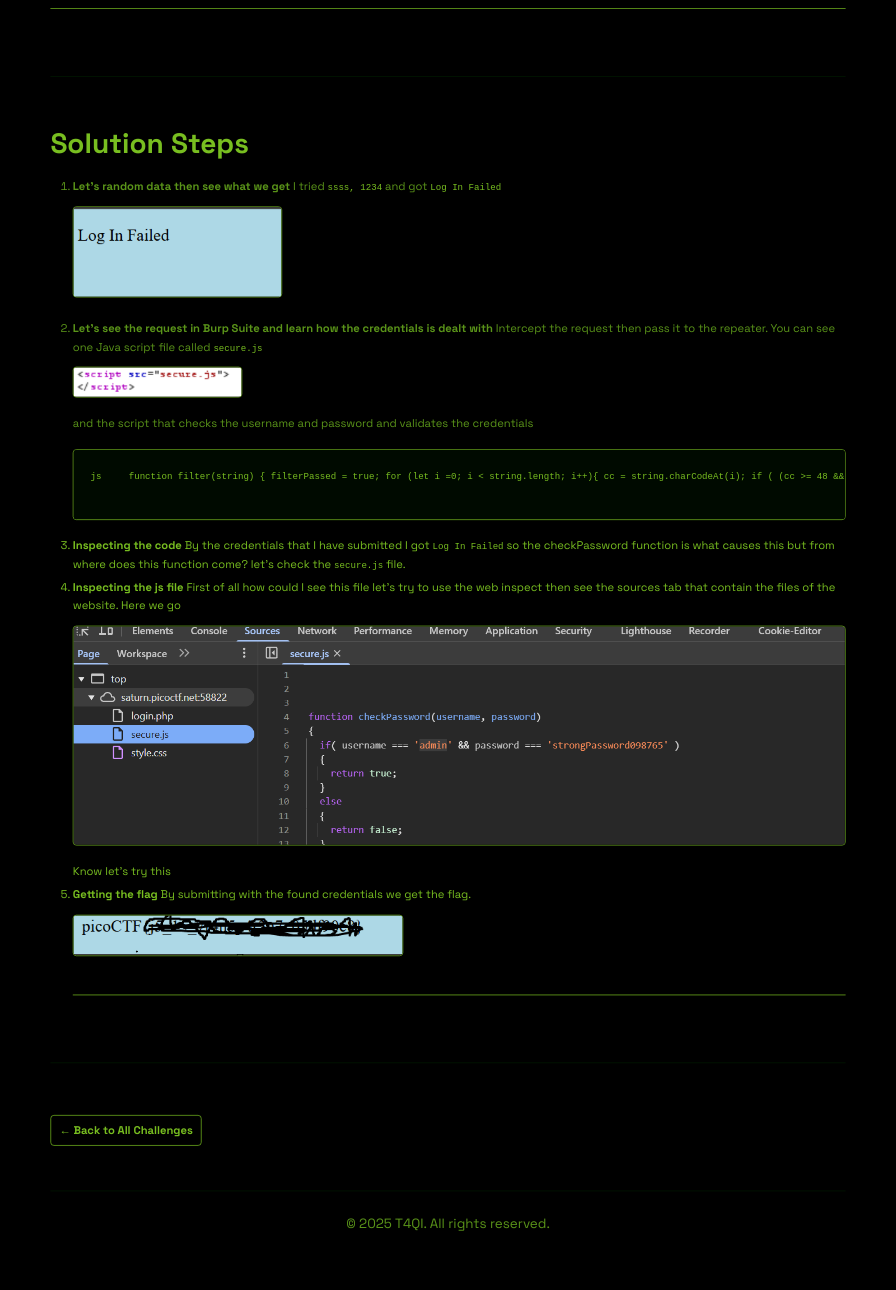
Repository: mohamedsoliman-tq/Website
Page: blogs/picoCTF/localauth.html
An editor plug-in stored every save of this project. The page is shown before and after a run of saves, followed by the edit.
The browser window is 1280 px wide. The pictures show the part of the page from y = 1397 to 3317 px (the page is 3240 px tall before and 3317 px after), at 70% of full size.

Above is the page before, as saved 2025-03-13 01:54:08.

After the next 8 saves:
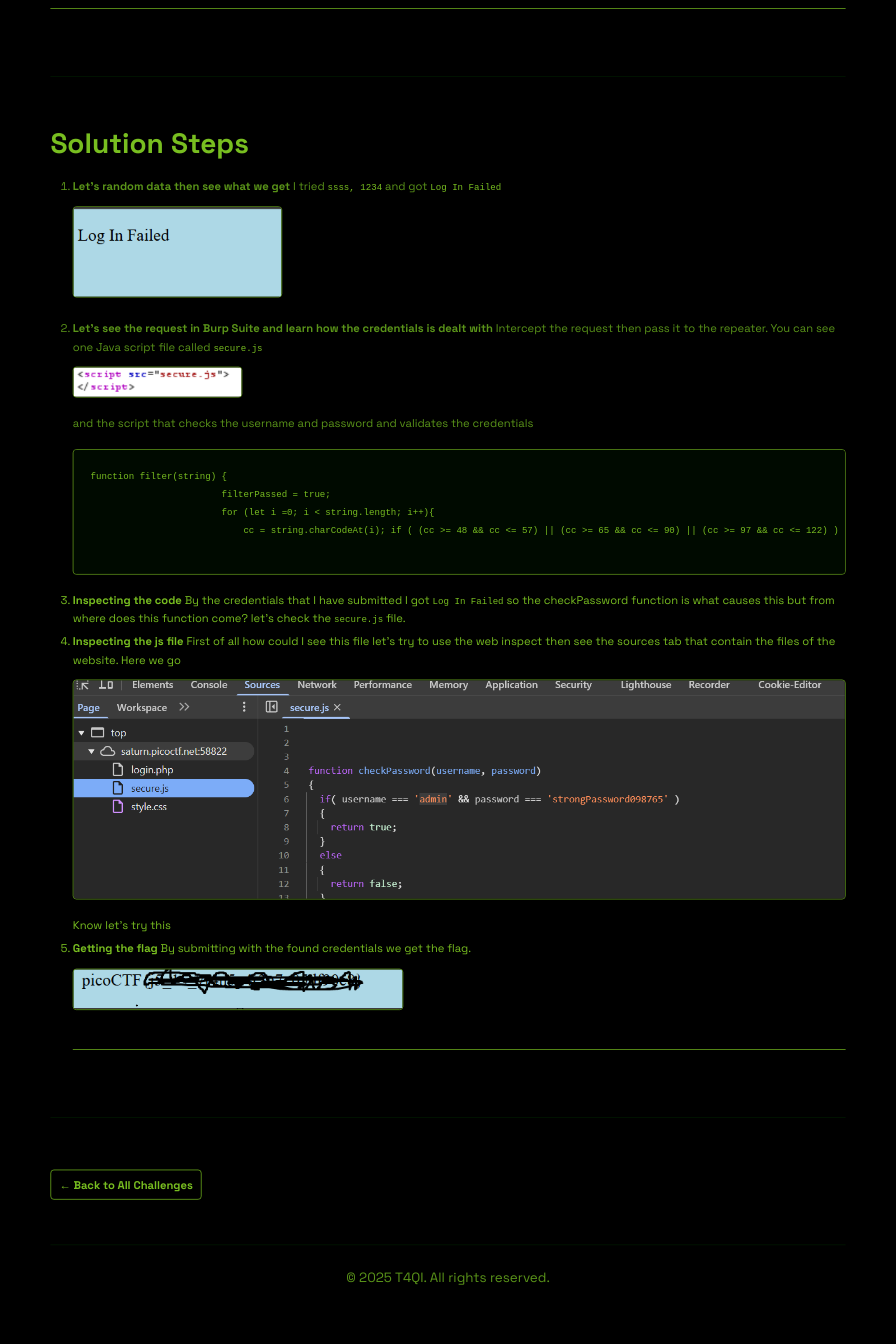
The 8 saves are shown as one change because they came seconds apart.
The last was saved 35 s later.
--- a/blogs/picoCTF/localauth.html
+++ b/blogs/picoCTF/localauth.html
@@ -63,7 +63,10 @@
                     Intercept the request then pass it to the repeater. You can see one Java script file called
                     <code>secure.js</code><br> <img src="pics/la2.png" alt="la2.png"> <br>and the script that checks the
                     username and password and validates the credentials
-                    <pre><code>js     function filter(string) { filterPassed = true; for (let i =0; i < string.length; i++){ cc = string.charCodeAt(i); if ( (cc >= 48 && cc <= 57) || (cc >= 65 && cc <= 90) || (cc >= 97 && cc <= 122) ) { filterPassed = true;      } else { return false; } } return true; } window.username = "ssss"; window.password = "1234"; usernameFilterPassed = filter(window.username); passwordFilterPassed = filter(window.password); if ( usernameFilterPassed && passwordFilterPassed ) { loggedIn = checkPassword(window.username, window.password); if(loggedIn) { document.getElementById('msg').innerHTML = "Log In Successful"; document.getElementById('adminFormHash').value = "2196812e91c29df34f5e217cfd639881"; document.getElementById('hiddenAdminForm').submit(); } else { document.getElementById('msg').innerHTML = "Log In Failed"; } } else { document.getElementById('msg').innerHTML = "Illegal character in username or password." }
+                    <pre><code>function filter(string) {
+                        filterPassed = true;
+                        for (let i =0; i < string.length; i++){
+                            cc = string.charCodeAt(i); if ( (cc >= 48 && cc <= 57) || (cc >= 65 && cc <= 90) || (cc >= 97 && cc <= 122) ) { filterPassed = true;      } else { return false; } } return true; } window.username = "ssss"; window.password = "1234"; usernameFilterPassed = filter(window.username); passwordFilterPassed = filter(window.password); if ( usernameFilterPassed && passwordFilterPassed ) { loggedIn = checkPassword(window.username, window.password); if(loggedIn) { document.getElementById('msg').innerHTML = "Log In Successful"; document.getElementById('adminFormHash').value = "2196812e91c29df34f5e217cfd639881"; document.getElementById('hiddenAdminForm').submit(); } else { document.getElementById('msg').innerHTML = "Log In Failed"; } } else { document.getElementById('msg').innerHTML = "Illegal character in username or password." }
                 </li>
                 <li><strong>Inspecting the code</strong> By the credentials that I have submitted I got
                     <code>Log In Failed</code> so the checkPassword function is what causes this but from where
